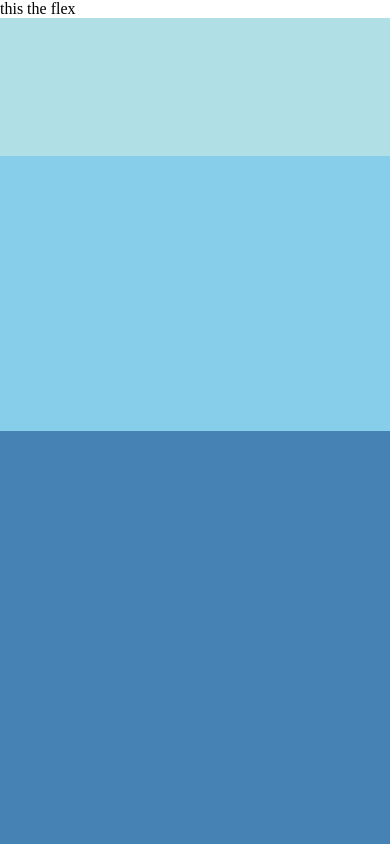
Repository: wcc17/project-adara
Screen: / (app in ProjectAdara/)
An editor plug-in stored every save of this project. The screen is shown before and after the next save, followed by the edit.
The app was drawn by React Native's web renderer in a window 390 px wide. The project was rebuilt for these pictures with package versions that can differ from the ones it lists, and the page was loaded fresh each time.

Above is the screen before, as saved 2018-05-27 12:53:33.

After the next save:
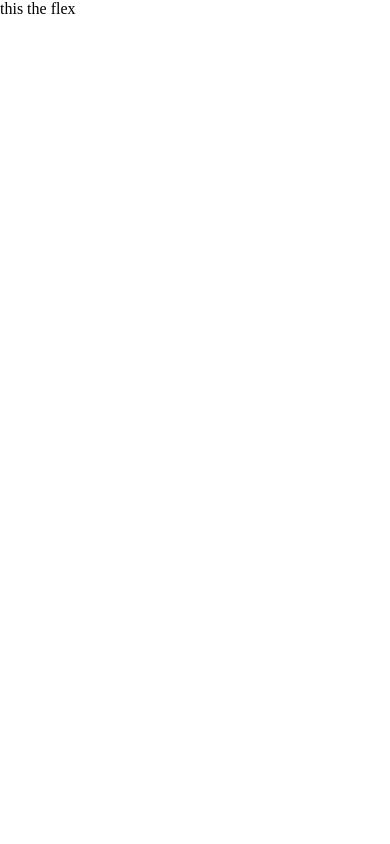
Saved 13 s later.
--- a/ProjectAdara/src/components/FlexDimensionsBasicsComponent.js
+++ b/ProjectAdara/src/components/FlexDimensionsBasicsComponent.js
@@ -7,7 +7,7 @@
             // try removing the 'flex: 1' on the parent View.
             // the parent will not have dimensions, so the children can't expand.
             // what if you add 'height: 300' instead of 'flex: 1'?
-            <View style={{flex: 1}}>
+            <View>
                 this the flex
                 <View style={{flex: 1, backgroundColor: 'powderblue'}} />
                 <View style={{flex: 2, backgroundColor: 'skyblue'}} />

After the save that followed:
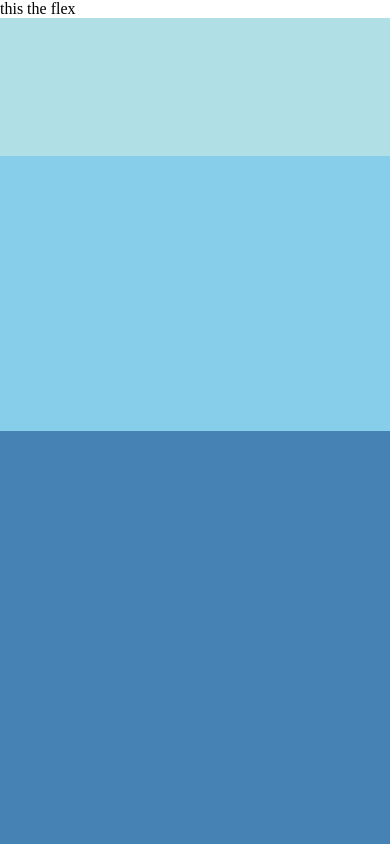
Saved 7 s later.
--- a/ProjectAdara/src/components/FlexDimensionsBasicsComponent.js
+++ b/ProjectAdara/src/components/FlexDimensionsBasicsComponent.js
@@ -7,7 +7,7 @@
             // try removing the 'flex: 1' on the parent View.
             // the parent will not have dimensions, so the children can't expand.
             // what if you add 'height: 300' instead of 'flex: 1'?
-            <View>
+            <View style={{flex: 1}}>
                 this the flex
                 <View style={{flex: 1, backgroundColor: 'powderblue'}} />
                 <View style={{flex: 2, backgroundColor: 'skyblue'}} />
